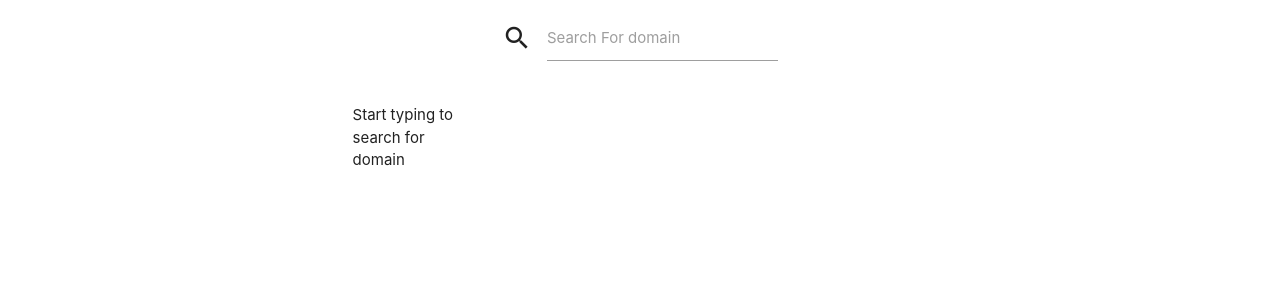
Repository: habib-urrehmaan/domain-name-searcher
Page: / (app in client/)
These files come from the project's save history. The page is drawn as it stood at one moment and after a run of saves; the edit follows.
The browser window is 1280 px wide. The pictures show the whole page.
The project was rebuilt for these pictures with package versions that can differ from the ones it lists, and the page was loaded fresh each time.

Above is the page before, as saved 2020-04-17 18:06:32.

### client/public/index.html
<!DOCTYPE html>
<html lang="en">
  <head>
    <meta charset="utf-8" />
    <link rel="icon" href="%PUBLIC_URL%/favicon.ico" />
    <meta name="viewport" content="width=device-width, initial-scale=1" />
    <meta name="theme-color" content="#000000" />
    <meta
      name="description"
      content="Web site created using create-react-app"
    />
    <link rel="apple-touch-icon" href="%PUBLIC_URL%/logo192.png" />
    <!--
      manifest.json provides metadata used when your web app is installed on a
      user's mobile device or desktop. See https://developers.google.com/web/fundamentals/web-app-manifest/
    -->
    <link rel="manifest" href="%PUBLIC_URL%/manifest.json" />
    <!--
      Notice the use of %PUBLIC_URL% in the tags above.
      It will be replaced with the URL of the `public` folder during the build.
      Only files inside the `public` folder can be referenced from the HTML.

      Unlike "/favicon.ico" or "favicon.ico", "%PUBLIC_URL%/favicon.ico" will
      work correctly both with client-side routing and a non-root public URL.
      Learn how to configure a non-root public URL by running `npm run build`.
    -->
    <link rel="stylesheet" href="https://cdnjs.cloudflare.com/ajax/libs/materialize/1.0.0/css/materialize.min.css">
    <link href="https://fonts.googleapis.com/icon?family=Material+Icons" rel="stylesheet">
     <!-- Compiled and minified JavaScript -->
     <script src="https://cdnjs.cloudflare.com/ajax/libs/materialize/1.0.0/js/materialize.min.js"></script>
    <title>React App</title>
  </head>
  <body>
    <noscript>You need to enable JavaScript to run this app.</noscript>
    <div id="root"></div>
    <!--
      This HTML file is a template.
      If you open it directly in the browser, you will see an empty page.

      You can add webfonts, meta tags, or analytics to this file.
      The build step will place the bundled scripts into the <body> tag.

      To begin the development, run `npm start` or `yarn start`.
      To create a production bundle, use `npm run build` or `yarn build`.
    -->
  </body>
</html>

### client/src/index.js
import React from 'react';
import ReactDOM from 'react-dom';
import './index.css';
import App from './App';

ReactDOM.render(
  <React.StrictMode>
    <App />
  </React.StrictMode>,
  document.getElementById('root')
);

// If you want your app to work offline and load faster, you can change
// unregister() to register() below. Note this comes with some pitfalls.
// Learn more about service workers: https://bit.ly/CRA-PWA
// serviceWorker.unregister();

### client/src/App.js
import React from 'react';
import Search from './Search';
import Output from './Output';

class App extends React.Component {

  constructor(props)
  {
    super(props);
    this.state ={
      output:null
    }
  }


  setAppOutput = (outputData) =>
  {
    console.log("setting output value")

    this.setState({
      output:outputData
    })
  }

  render()
  {
    return (
      <div className="App container">
        <Search setOutput={this.setAppOutput}/>
        <Output data={this.state.output}/>
      </div>
    );
  }
}

export default App;

### client/src/Search.js
import React, { Component } from 'react'
import axios from 'axios'

class Search extends Component {

    constructor(props)
    {
        super(props);
        console.log(props)
    }

    onChangeHandler = (e) =>
    {
        axios({
            'method': 'GET',
            'url': `http://localhost:5000/domain/search?domain=${e.target.value}`,
            'ContentType':'application/json'
        }).then((response)=>{

            var obj = JSON.parse(response.data.data);
            this.props.setOutput(obj);
        }).catch(error=>{
            console.log(error);
        });
    }

    render() {
        return (
            <div>
                <div className="row">
                    <div className="input-field col offset-s4 s4">
                        <i className="material-icons prefix">search</i>
                        <input id="search" type="text" className="validate" onChange={this.onChangeHandler}/>
                        <label htmlFor="search">Search For domain</label>
                    </div>
                </div>
            </div>
        )
    }
}

export default Search;

### client/src/Output.js
import React from 'react'

export default function Output(props) {

    let {data} = props;
    console.log("output data",data);
    return (
        <div className="row">
        {(data)?(<div className="col offset-s2 s2">{(data.available)?(<div><span>Congratulations! This domain is available</span><br/>
            <span><b>Price:</b>{data.price}{data.currency}</span></div>):(data.code)?(<div>{data.message}</div>):(<span>Sorry this domain is not Available</span>)}</div>)
            :(<div className="col offset-s2 s2">Start typing to search for domain</div>)}


        </div>
    )
}

Loaded but not shown: client/src/index.css (common file)

After the next 2 saves:
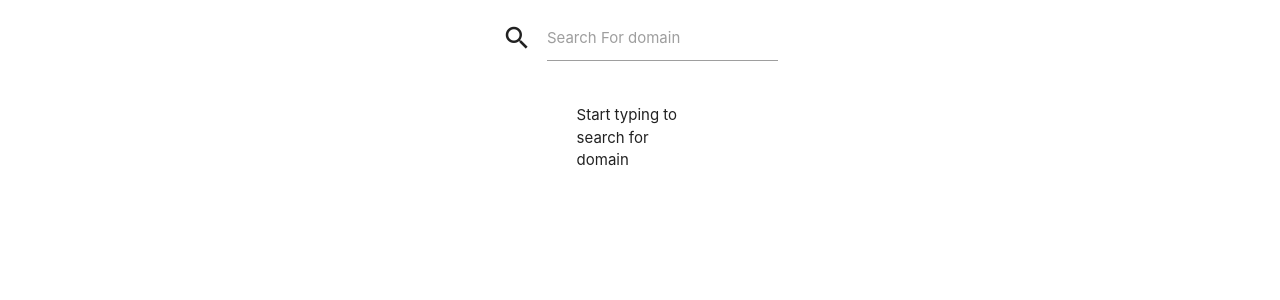
The 2 saves are shown as one change because they came seconds apart.
The last was saved 12 s later.
--- a/client/src/Output.js
+++ b/client/src/Output.js
@@ -8,7 +8,7 @@ export default function Output(props) {
         <div className="row">
         {(data)?(<div className="col offset-s2 s2">{(data.available)?(<div><span>Congratulations! This domain is available</span><br/>
             <span><b>Price:</b>{data.price}{data.currency}</span></div>):(data.code)?(<div>{data.message}</div>):(<span>Sorry this domain is not Available</span>)}</div>)
-            :(<div className="col offset-s2 s2">Start typing to search for domain</div>)}
+            :(<div className="col offset-s5 s2">Start typing to search for domain</div>)}
 
 
         </div>
